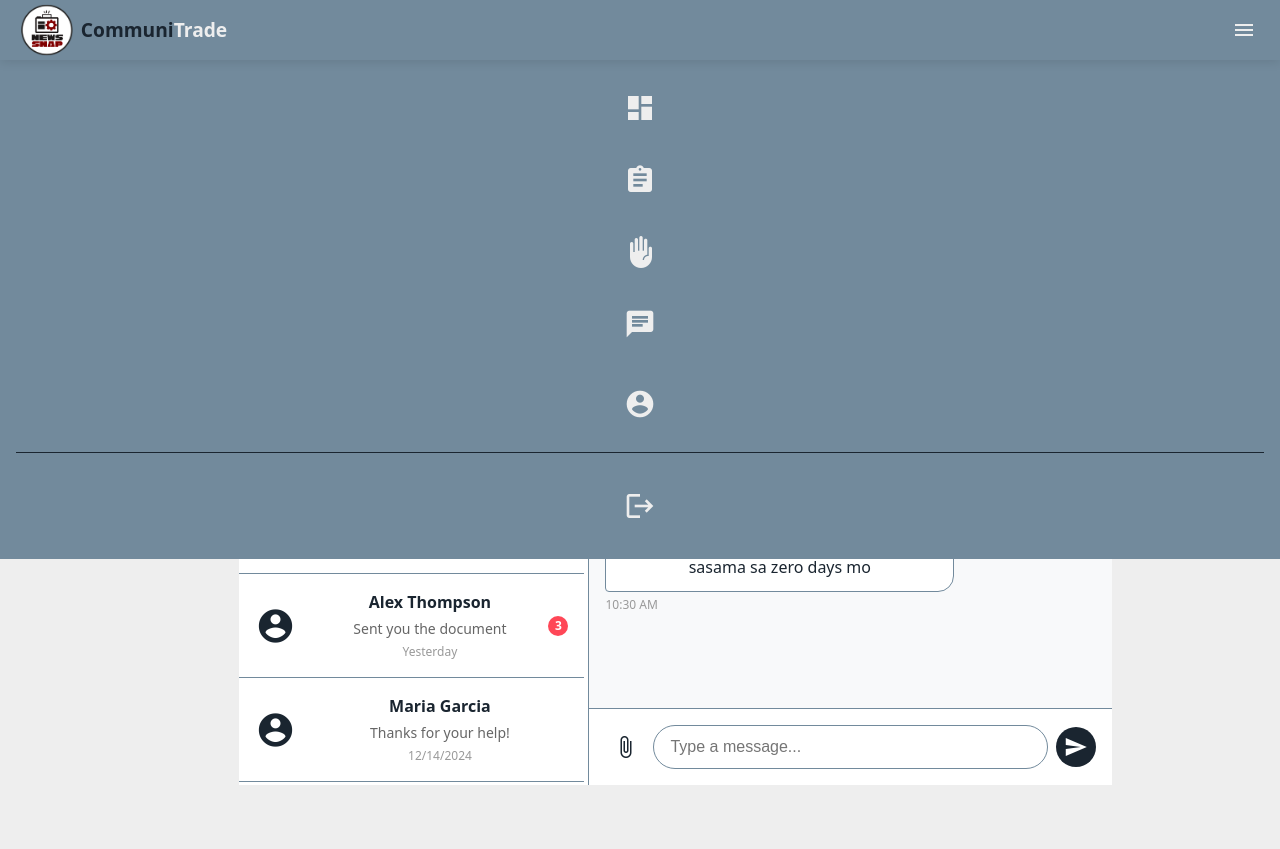
Repository: wholaanmo/news-snap
Page: /message
These files come from the project's save history. The page is drawn as it stood at one moment and after the next save; the edit follows.
The browser window is 1280 px wide. The pictures show the whole page.
The project was rebuilt for these pictures with package versions that can differ from the ones it lists, and the page was loaded fresh each time. Also part of the build but not shown: src/components/AdminNavbar.vue, src/components/AdminSidebar.vue, src/layouts/AdminLayout.vue.

Above is the page before, as saved 2025-10-15 19:30:01.

### index.html
<!doctype html>
<html lang="en">
  <head>
    <meta charset="UTF-8" />
    <link rel="icon" type="image/svg+xml" href="/vite.svg" />
    <meta name="viewport" content="width=device-width, initial-scale=1.0" />
    <title>CommuniTrade</title>
    <link href="https://fonts.googleapis.com/css2?family=Material+Icons"
      rel="stylesheet">
    <link href="https://fonts.googleapis.com/css2?family=Roboto:wght@400;700&display=swap" rel="stylesheet">
    <link href="https://fonts.googleapis.com/css2?family=Inter:wght@400;600&display=swap" rel="stylesheet">
  </head>
  <body>
    <div id="app"></div>
    <script type="module" src="/src/main.js"></script>
  </body>
</html>

### src/App.vue
<template>
  <div class="app">
    <router-view />
  </div>
</template>

<script setup>
// No need for layout logic here anymore - it's handled by individual layouts
</script>

<style lang="css">
:root {
  --primary: #1a2530;
  --grey: #728a9c;
  --dark: #0F0E0E;
  --dark-alt: #37353E;
  --light: #EEEEEE;
  --sidebar-width: 230px;
}

* {
  margin: 0;
  padding: 0;
  box-sizing: border-box;
  scrollbar-width: thin;
  scrollbar-color: #728a9c #f0f0f0;
}

body {
  background: var(--light);
}

button {
  cursor: pointer;
  appearance: none;
  border: none;
  outline: none;
  background: none;
}

.app {
  min-height: 100vh;
}
</style>

### src/layouts/UserLayout.vue
<template>
    <div class="user-layout">
      <UserNavbar :toggle-sidebar="toggleSidebar" />
      <div class="layout-body">
        <UserSidebar :isOpen="sidebarOpen" @toggle="sidebarOpen = $event" />
        <main class="user-content" :class="sidebarOpen && 'sidebar-open'">
          <router-view />
        </main>
      </div>
    </div>
  </template>

  <script setup>
  import { ref } from 'vue'
  import UserNavbar from '@/components/Navbar.vue'
  import UserSidebar from '@/components/Sidebar.vue'

  const sidebarOpen = ref(false)

  const toggleSidebar = () => {
    sidebarOpen.value = !sidebarOpen.value
  }
  </script>

  <style scoped>
  .user-layout {
    min-height: 100vh;
  }

  .layout-body {
    display: flex;
    min-height: calc(100vh - 60px);
    margin-top: 30px; /* Account for navbar height */
  }

  .user-content {
    flex: 1 1 0;
    margin-left: calc(1.5rem + 32px);
    transition: margin-left 0.2s ease-out;
    padding: 2rem;
  }

  .user-content.sidebar-open {
    margin-left: var(--sidebar-width);
  }

  @media (max-width: 768px) {
    .user-content {
      margin-left: 0;
      padding: 1rem;
    }

    .user-content.sidebar-open {
      margin-left: 0;
    }
  }
  </style>

### src/views/message.vue
<template>
  <div class="message-page">
    <!-- Sidebar with conversation list -->
    <div class="conversation-sidebar" :class="{ 'sidebar-collapsed': !isSidebarExpanded }">
      <div class="sidebar-header">
        <h2>Messages</h2>
      </div>

      <div class="conversation-list">
        <div
          v-for="conversation in conversations"
          :key="conversation.id"
          class="conversation-item"
          :class="{ active: activeConversation?.id === conversation.id }"
          @click="selectConversation(conversation)"
        >
          <div class="avatar">
            <span class="material-icons">account_circle</span>
          </div>
          <div class="conversation-info">
            <div class="user-name">{{ conversation.userName }}</div>
            <div class="last-message">{{ conversation.lastMessage }}</div>
            <div class="timestamp">{{ conversation.timestamp }}</div>
          </div>
          <div v-if="conversation.unreadCount > 0" class="unread-badge">
            {{ conversation.unreadCount }}
          </div>
        </div>
      </div>
    </div>

    <!-- Main chat area -->
    <div class="chat-area">
      <div v-if="activeConversation" class="chat-container">
        <!-- Chat header -->
        <div class="chat-header">
          <div class="chat-user-info">
            <span class="material-icons">account_circle</span>
            <span class="user-name">{{ activeConversation.userName }}</span>
            <span class="status" :class="activeConversation.status">{{ activeConversation.status }}</span>
          </div>
        </div>

        <!-- Messages container -->
        <div class="messages-container" ref="messagesContainer">
          <div
            v-for="message in activeConversation.messages"
            :key="message.id"
            class="message"
            :class="message.sender"
          >
            <div class="message-content">
              <img
                v-if="message.type === 'image'"
                :src="message.content"
                alt="Sent image"
                class="message-image"
                @click="openImageModal(message.content)"
              />
              <span v-else>{{ message.content }}</span>
            </div>
            <div class="message-time">
              {{ message.time }}
            </div>
          </div>
        </div>

        <!-- Message input -->
        <div class="message-input-container">
          <div class="input-wrapper">
            <input
              ref="fileInput"
              type="file"
              accept="image/*"
              style="display: none"
              @change="handleImageUpload"
            />
            <button @click="triggerFileInput" class="attachment-button">
              <span class="material-icons">attach_file</span>
            </button>
            <input
              v-model="newMessage"
              type="text"
              placeholder="Type a message..."
              @keyup.enter="sendMessage"
              class="message-input"
            >
            <button @click="sendMessage" class="send-button">
              <span class="material-icons">send</span>
            </button>
          </div>
        </div>
      </div>

      <!-- Empty state when no conversation selected -->
      <div v-else class="no-conversation">
        <div class="empty-state">
          <span class="material-icons">chat</span>
          <h3>Select a conversation</h3>
          <p>Choose a conversation from the list to start messaging</p>
        </div>
      </div>
    </div>

    <!-- Image Modal -->
    <div v-if="selectedImage" class="image-modal" @click="closeImageModal">
      <div class="modal-content">
        <img :src="selectedImage" alt="Full size image" />
        <button class="close-modal" @click="closeImageModal">
          <span class="material-icons">close</span>
        </button>
      </div>
    </div>
  </div>
</template>

<script setup>
import { ref, onMounted, nextTick } from 'vue'

// Reactive data
const isSidebarExpanded = ref(true)
const activeConversation = ref(null)
const newMessage = ref('')
const messagesContainer = ref(null)
const fileInput = ref(null)
const selectedImage = ref(null)

// Sample conversations data
const conversations = ref([
  {
    id: 1,
    userName: 'John Doe',
    lastMessage: 'Thanks for the help!',
    timestamp: '10:30 AM',
    unreadCount: 2,
    status: 'online',
    messages: [
      { id: 1, content: 'Hi sah!', sender: 'them', time: '10:15 AM' },
      { id: 2, content: 'Uy musta my young stunna?', sender: 'me', time: '10:16 AM' },
      { id: 3, content: 'Need ko help sa project namin', sender: 'them', time: '10:20 AM' },
      { id: 4, content: 'Ay bounce na ko jan sah', sender: 'me', time: '10:25 AM' },
      { id: 5, content: 'Awit, makikita mo talaga kung sino sasama sa zero days mo', sender: 'them', time: '10:30 AM' }
    ]
  },
  {
    id: 2,
    userName: 'Sarah Wilson',
    lastMessage: 'See you tomorrow!',
    timestamp: 'Yesterday',
    unreadCount: 0,
    status: 'offline',
    messages: [
      { id: 1, content: 'Meeting tomorrow at 3 PM', sender: 'them', time: 'Yesterday' },
      { id: 2, content: 'Owkie dowkie', sender: 'me', time: 'Yesterday' }
    ]
  },
  {
    id: 3,
    userName: 'Mike Johnson',
    lastMessage: 'Tapos na po maem',
    timestamp: '12/15/2024',
    unreadCount: 1,
    status: 'online',
    messages: [
      { id: 1, content: 'The files you requested are ready for review', sender: 'them', time: '12/15/2024' }
    ]
  },
  {
    id: 4,
    userName: 'Emily Davis',
    lastMessage: 'Are we still meeting today?',
    timestamp: '11:45 AM',
    unreadCount: 0,
    status: 'online',
    messages: [
      { id: 1, content: 'Hey, are you available for a quick call?', sender: 'them', time: '11:30 AM' },
      { id: 2, content: 'Sure, what time works for you?', sender: 'me', time: '11:35 AM' }
    ]
  },
  {
    id: 5,
    userName: 'Alex Thompson',
    lastMessage: 'Sent you the document',
    timestamp: 'Yesterday',
    unreadCount: 3,
    status: 'online',
    messages: [
      { id: 1, content: 'Can you review this document when you have time?', sender: 'them', time: 'Yesterday' },
      { id: 2, content: 'Of course, send it over', sender: 'me', time: 'Yesterday' }
    ]
  },
  {
    id: 6,
    userName: 'Maria Garcia',
    lastMessage: 'Thanks for your help!',
    timestamp: '12/14/2024',
    unreadCount: 0,
    status: 'offline',
    messages: [
      { id: 1, content: 'I really appreciate your assistance with the project', sender: 'them', time: '12/14/2024' },
      { id: 2, content: 'Happy to help anytime!', sender: 'me', time: '12/14/2024' }
    ]
  },
  {
    id: 7,
    userName: 'David Chen',
    lastMessage: 'Lets catch up soon',
    timestamp: '12/13/2024',
    unreadCount: 1,
    status: 'online',
    messages: [
      { id: 1, content: 'Long time no see! How have you been?', sender: 'them', time: '12/13/2024' },
      { id: 2, content: 'Doing great! We should definitely meet up', sender: 'me', time: '12/13/2024' }
    ]
  },
  {
    id: 8,
    userName: 'Lisa Rodriguez',
    lastMessage: 'The package arrived',
    timestamp: '12/12/2024',
    unreadCount: 0,
    status: 'offline',
    messages: [
      { id: 1, content: 'Just wanted to let you know the package arrived safely', sender: 'them', time: '12/12/2024' },
      { id: 2, content: 'Great! Thanks for the update', sender: 'me', time: '12/12/2024' }
    ]
  },
  {
    id: 9,
    userName: 'Kevin Wilson',
    lastMessage: 'Check this out!',
    timestamp: '12/11/2024',
    unreadCount: 2,
    status: 'online',
    messages: [
      { id: 1, content: 'Found this interesting article you might like', sender: 'them', time: '12/11/2024' },
      { id: 2, content: 'Looks cool, Ill read it later', sender: 'me', time: '12/11/2024' }
    ]
  }
])

// Methods
const toggleSidebar = () => {
  isSidebarExpanded.value = !isSidebarExpanded.value
}

const selectConversation = (conversation) => {
  activeConversation.value = conversation
  // Mark as read when selected
  conversation.unreadCount = 0
  // Scroll to bottom of messages
  nextTick(() => {
    scrollToBottom()
  })
}

const sendMessage = () => {
  if (!newMessage.value.trim() || !activeConversation.value) return

  const newMsg = {
    id: Date.now(),
    content: newMessage.value,
    sender: 'me',
    time: new Date().toLocaleTimeString([], { hour: '2-digit', minute: '2-digit' })
  }

  activeConversation.value.messages.push(newMsg)
  activeConversation.value.lastMessage = newMessage.value
  activeConversation.value.timestamp = 'Just now'

  newMessage.value = ''

  // Scroll to bottom after sending
  nextTick(() => {
    scrollToBottom()
  })
}

const triggerFileInput = () => {
  fileInput.value.click()
}

const handleImageUpload = (event) => {
  const file = event.target.files[0]
  if (file && file.type.startsWith('image/')) {
    const reader = new FileReader()
    reader.onload = (e) => {
      const imageMsg = {
        id: Date.now(),
        content: e.target.result,
        sender: 'me',
        type: 'image',
        time: new Date().toLocaleTimeString([], { hour: '2-digit', minute: '2-digit' })
      }

      activeConversation.value.messages.push(imageMsg)
      activeConversation.value.lastMessage = 'Sent an image'
      activeConversation.value.timestamp = 'Just now'

      // Scroll to bottom after sending
      nextTick(() => {
        scrollToBottom()
      })
    }
    reader.readAsDataURL(file)
  }

  // Reset file input
  event.target.value = ''
}

const openImageModal = (imageSrc) => {
  selectedImage.value = imageSrc
}

const closeImageModal = () => {
  selectedImage.value = null
}

const scrollToBottom = () => {
  if (messagesContainer.value) {
    messagesContainer.value.scrollTop = messagesContainer.value.scrollHeight
  }
}

// Lifecycle
onMounted(() => {
  // Select first conversation by default
  if (conversations.value.length > 0) {
    selectConversation(conversations.value[0])
  }
})
</script>

<style scoped>
.message-page {
  display: flex;
  height: calc(105vh - 60px);
  margin-top: -5px;
  background-color: var(--light);
}

/* Conversation Sidebar Styles */
.conversation-sidebar {
  width: 350px;
  background-color: white;
  border-right: 1px solid var(--grey);
  display: flex;
  flex-direction: column;
  transition: width 0.3s ease;
  overflow: hidden;
}

.sidebar-collapsed {
  width: 60px;
}

.sidebar-header {
  display: flex;
  justify-content: space-between;
  align-items: center;
  padding: 1rem;
  border-bottom: 1px solid var(--grey);
  background-color: var(--grey);
}

.sidebar-header h2 {
  margin: 0;
  color: var(--primary);
  font-size: 1.5rem;
}

.toggle-sidebar {
  background: none;
  border: none;
  cursor: pointer;
  color: var(--primary);
  padding: 0.5rem;
  border-radius: 0.25rem;
}

.toggle-sidebar:hover {
  background-color: var(--light);
}

.conversation-list {
  flex: 1;
  overflow-y: auto;
  padding-right: 4px;
}

/* Custom scrollbar for conversation list */
.conversation-list::-webkit-scrollbar {
  width: 8px;
}

.conversation-list::-webkit-scrollbar-track {
  background: #f1f1f1;
  border-radius: 4px;
}

.conversation-list::-webkit-scrollbar-thumb {
  background: var(--primary);
  border-radius: 4px;
}

.conversation-list::-webkit-scrollbar-thumb:hover {
  background: var(--dark);
}

.conversation-item {
  display: flex;
  align-items: center;
  padding: 1rem;
  cursor: pointer;
  border-bottom: 1px solid var(--grey);
  transition: background-color 0.2s ease;
  position: relative;
}

.conversation-item:hover {
  background-color: var(--light);
}

.conversation-item.active {
  background-color: var(--primary);
  color: white;
}

.conversation-item.active .user-name,
.conversation-item.active .last-message,
.conversation-item.active .timestamp {
  color: white;
}

.avatar {
  margin-right: 1rem;
  flex-shrink: 0;
}

.avatar .material-icons {
  font-size: 2.5rem;
  color: var(--primary);
}

.conversation-item.active .avatar .material-icons {
  color: white;
}

.conversation-info {
  flex: 1;
  min-width: 0;
}

.user-name {
  font-weight: 600;
  margin-bottom: 0.25rem;
  color: var(--primary);
}

.last-message {
  font-size: 0.875rem;
  color: #666;
  white-space: nowrap;
  overflow: hidden;
  text-overflow: ellipsis;
}

.timestamp {
  font-size: 0.75rem;
  color: #999;
  margin-top: 0.25rem;
}

.unread-badge {
  background-color: #ff4757;
  color: white;
  border-radius: 50%;
  width: 20px;
  height: 20px;
  display: flex;
  align-items: center;
  justify-content: center;
  font-size: 0.75rem;
  font-weight: 600;
}

/* Chat Area Styles */
.chat-area {
  flex: 1;
  display: flex;
  flex-direction: column;
  background-color: white;
}

.chat-container {
  display: flex;
  flex-direction: column;
  height: 100%;
  width: 103%;
}

.chat-header {
  padding: 1rem;
  border-bottom: 1px solid var(--grey);
  background-color: white;
}

.chat-user-info {
  display: flex;
  align-items: center;
  gap: 0.5rem;
}

.chat-user-info .material-icons {
  font-size: 2rem;
  color: var(--primary);
}

.status {
  font-size: 0.875rem;
  padding: 0.25rem 0.5rem;
  border-radius: 1rem;
  text-transform: capitalize;
}

.status.online {
  background-color: #2ed573;
  color: white;
}

.status.offline {
  background-color: #747d8c;
  color: white;
}

.messages-container {
  flex: 1;
  padding: 1rem;
  overflow-y: auto;
  display: flex;
  flex-direction: column;
  gap: 1rem;
  background-color: #f8f9fa;
  padding-right: 8px;
}

/* Custom scrollbar for messages container */
.messages-container::-webkit-scrollbar {
  width: 6px;
}

.messages-container::-webkit-scrollbar-track {
  background: #e9ecef;
  border-radius: 3px;
}

.messages-container::-webkit-scrollbar-thumb {
  background: #adb5bd;
  border-radius: 3px;
}

.messages-container::-webkit-scrollbar-thumb:hover {
  background: #6c757d;
}

.message {
  display: flex;
  flex-direction: column;
  max-width: 70%;
}

.message.me {
  align-self: flex-end;
  align-items: flex-end;
}

.message.them {
  align-self: flex-start;
  align-items: flex-start;
}

.message-content {
  padding: 0.75rem 1rem;
  border-radius: 1rem;
  word-wrap: break-word;
}

.message.me .message-content {
  background-color: var(--primary);
  color: white;
  border-bottom-right-radius: 0.25rem;
}

.message.them .message-content {
  background-color: white;
  color: var(--primary);
  border: 1px solid var(--grey);
  border-bottom-left-radius: 0.25rem;
}

.message-image {
  max-width: 300px;
  max-height: 300px;
  border-radius: 0.5rem;
  cursor: pointer;
  transition: transform 0.2s ease;
}

.message-image:hover {
  transform: scale(1.02);
}

.message-time {
  font-size: 0.75rem;
  color: #999;
  margin-top: 0.25rem;
}

.message-input-container {
  padding: 1rem;
  border-top: 1px solid var(--grey);
  background-color: white;
}

.input-wrapper {
  display: flex;
  gap: 0.5rem;
  align-items: center;
}

.attachment-button {
  background: none;
  border: none;
  color: var(--primary);
  cursor: pointer;
  padding: 0.5rem;
  border-radius: 50%;
  transition: background-color 0.2s ease;
}

.attachment-button:hover {
  background-color: var(--light);
}

.message-input {
  flex: 1;
  padding: 0.75rem 1rem;
  border: 1px solid var(--grey);
  border-radius: 2rem;
  outline: none;
  font-size: 1rem;
}

.message-input:focus {
  border-color: var(--primary);
}

.send-button {
  background-color: var(--primary);
  color: white;
  border: none;
  border-radius: 50%;
  width: 40px;
  height: 40px;
  display: flex;
  align-items: center;
  justify-content: center;
  cursor: pointer;
  transition: background-color 0.2s ease;
}

.send-button:hover {
  background-color: var(--dark);
}

.no-conversation {
  flex: 1;
  display: flex;
  align-items: center;
  justify-content: center;
  background-color: #f8f9fa;
}

.empty-state {
  text-align: center;
  color: #666;
}

.empty-state .material-icons {
  font-size: 4rem;
  color: var(--grey);
  margin-bottom: 1rem;
}

/* Image Modal Styles */
.image-modal {
  position: fixed;
  top: 0;
  left: 0;
  width: 100%;
  height: 100%;
  background-color: rgba(0, 0, 0, 0.9);
  display: flex;
  align-items: center;
  justify-content: center;
  z-index: 1000;
}

.modal-content {
  position: relative;
  max-width: 90%;
  max-height: 90%;
}

.modal-content img {
  max-width: 100%;
  max-height: 90vh;
  border-radius: 0.5rem;
}

.close-modal {
  position: absolute;
  top: -40px;
  right: 0;
  background: none;
  border: none;
  color: white;
  font-size: 2rem;
  cursor: pointer;
  padding: 0.5rem;
}

/* Responsive Design */
@media (max-width: 768px) {
  .conversation-sidebar {
    position: absolute;
    left: 0;
    top: 0;
    height: 100%;
    z-index: 98;
    transform: translateX(0);
  }

  .sidebar-collapsed {
    transform: translateX(-100%);
  }

  .chat-area {
    width: 100%;
  }

  .message {
    max-width: 85%;
  }

  .message-image {
    max-width: 200px;
    max-height: 200px;
  }
}

/* Material Icons alignment fix */
.material-icons {
  vertical-align: bottom;
}
</style>

### src/components/Navbar.vue
<template>
  <nav class="navbar">
    <div class="navbar-content">
      <div class="navbar-left">
        <div class="logo-container">
          <img src="../assets/CommuniTrade.png" alt="CommuniTrade Logo" class="logo-img">
          <p class="logo-text">Communi<span class="logo-text1">Trade</span></p>
        </div>
      </div>

      <div class="navbar-right">
        <button class="hamburger-btn" @click="toggleSidebar">
          <span class="material-icons">menu</span>
        </button>
      </div>
    </div>
  </nav>
</template>

<script setup>
defineProps({
  toggleSidebar: Function
})
</script>

<style scoped>
.navbar {
  position: fixed;
  top: 0;
  left: 0;
  right: 0;
  height: 60px;
  background-color: var(--grey);
  color: var(--light);
  z-index: 98;
  box-shadow: 0 2px 10px rgba(0, 0, 0, 0.1);
}

.navbar-content {
  display: flex;
  align-items: center;
  justify-content: space-between;
  height: 100%;
  padding: 0 1rem;
}

.navbar-left {
  display: flex;
  align-items: center;
}

.navbar-right {
  display: flex;
  align-items: center;
}

.logo-container {
  display: flex;
  align-items: center;
  gap: 0.5rem;
}

.logo-img {
  width: 52px;
  height: 52px;
  object-fit: contain;
  margin-left: 0.3rem;
}

.logo-text1 {
  font-weight: bold;
  font-size: 1.2rem;
  color: var(--light);
}

.logo-text {
  font-weight: bold;
  font-size: 1.2rem;
  color: var(--primary);
}

.hamburger-btn {
  display: flex;
  align-items: center;
  justify-content: center;
  width: 40px;
  height: 40px;
  border-radius: 50%;
  transition: all 0.3s ease;
  color: var(--light);
}

.hamburger-btn:hover {
  color: var(--primary);
  transform: rotate(180deg);
}

/* Remove the media query that hides the logo text */
/* @media (max-width: 768px) {
  .logo-text {
    display: none;
  }
} */

/* Instead, adjust font size for very small screens */
@media (max-width: 480px) {
  .logo-text {
    font-size: 1rem;
  }

  .logo-img {
    width: 35px;
    height: 35px;
  }
}

@media (max-width: 360px) {
  .logo-text {
    font-size: 0.9rem;
  }
}
</style>

Loaded but not shown: src/style.css (common file); src/main.js (98 lines, source omitted); src/components/Sidebar.vue (236 lines, source omitted)

After the next save:
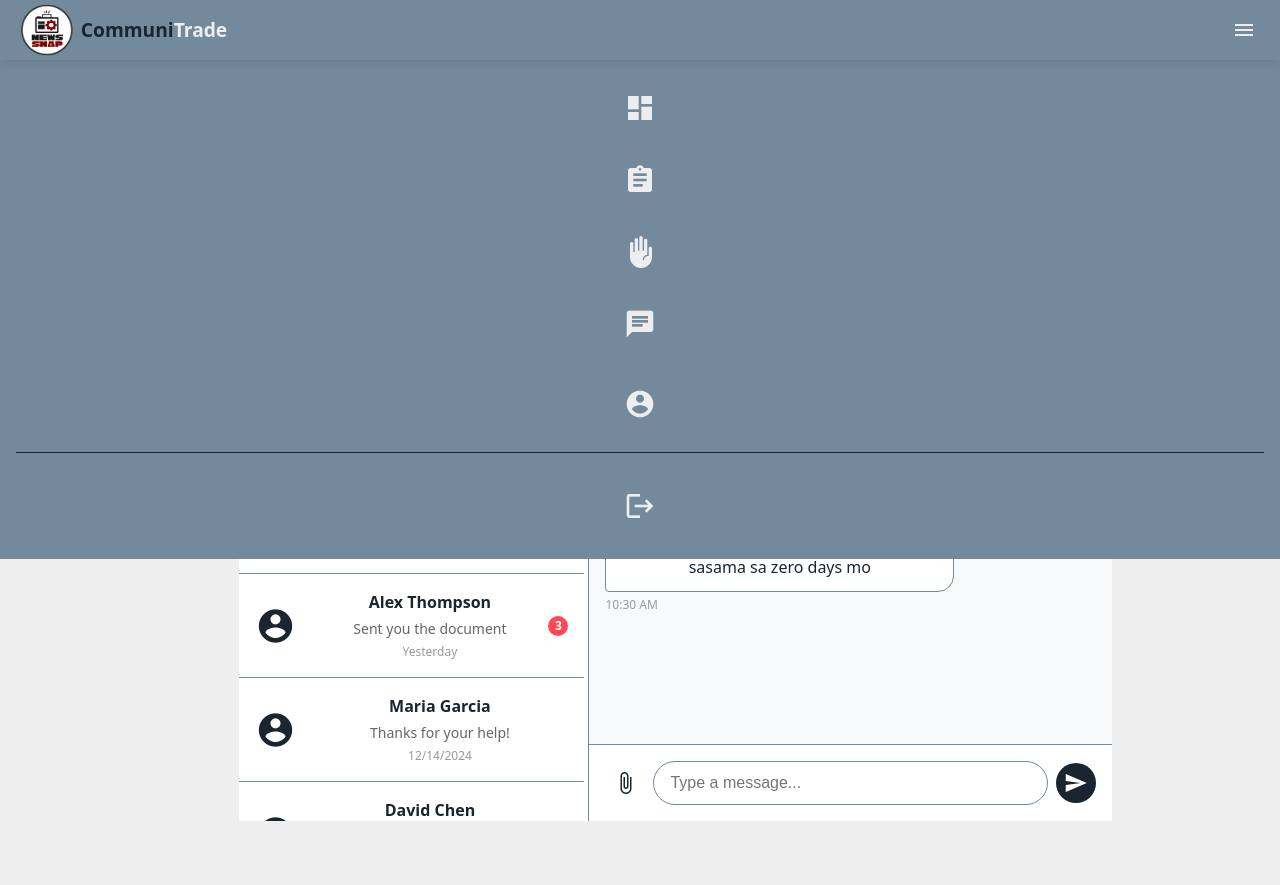
Saved 10 s later.
--- a/src/views/message.vue
+++ b/src/views/message.vue
@@ -335,7 +335,7 @@ onMounted(() => {
 <style scoped>
 .message-page {
   display: flex;
-  height: calc(105vh - 60px);
+  height: calc(110vh - 60px);
   margin-top: -5px;
   background-color: var(--light);
 }
